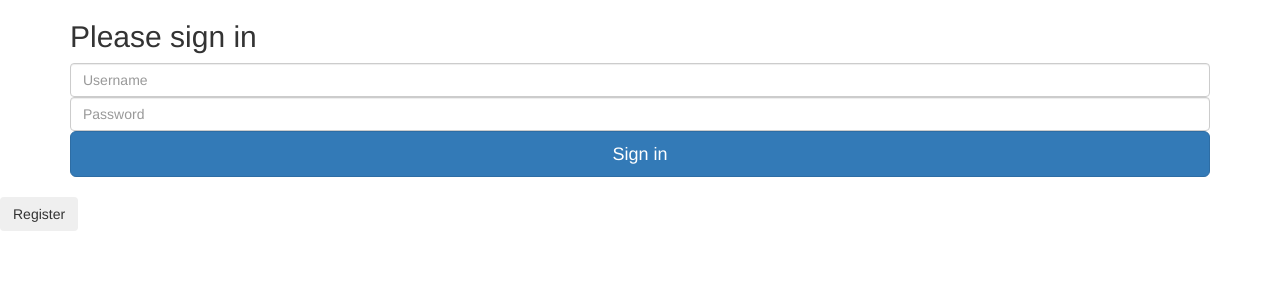
Repository: aaikinsm/FDM-Programs
Page: http://localhost/SoloProject/
An editor plug-in stored every save of this project. The page is shown before and after the next save, followed by the edit.
The browser window is 1280 px wide. The pictures show the whole page.
The page is served by Tomcat 9. Other server files are loaded and not shown.

Above is the page before, as saved 2017-05-26 17:59:31.

### SoloProject/WebContent/index.jsp
<%@ page language="java" contentType="text/html; charset=ISO-8859-1"
    pageEncoding="ISO-8859-1"%>
<!DOCTYPE html PUBLIC "-//W3C//DTD HTML 4.01 Transitional//EN" "http://www.w3.org/TR/html4/loose.dtd">
<html>
<head>
<meta http-equiv="Content-Type" content="text/html; charset=ISO-8859-1">
<title>Online Exam</title>
</head>
<body>
	<a href="home">Go to home</a>
</body>
</html>

### SoloProject/WebContent/login.jsp
<%@ page language="java" contentType="text/html; charset=ISO-8859-1"
    pageEncoding="ISO-8859-1"%>
<!DOCTYPE html PUBLIC "-//W3C//DTD HTML 4.01 Transitional//EN" "http://www.w3.org/TR/html4/loose.dtd">
<html>
<head>
<meta http-equiv="Content-Type" content="text/html; charset=ISO-8859-1">
<title>Login</title>

<!-- Latest compiled and minified CSS -->
<link rel="stylesheet" href="https://maxcdn.bootstrapcdn.com/bootstrap/3.3.7/css/bootstrap.min.css" integrity="sha384-BVYiiSIFeK1dGmJRAkycuHAHRg32OmUcww7on3RYdg4Va+PmSTsz/K68vbdEjh4u" crossorigin="anonymous">

</head>
<body>
	<!--<h1>Login</h1>
	<h2 class="error" style="color:red">${errorMsg} </h2>
	 <form action="login" method="post">
		username: <input type="text" name="username"><br/>
		password: <input type="password" name="password"><br/>
		<input type="submit" value="login">
	</form>
	<br/> -->

	<div class="container">

      <form class="form-signin" action="login" method="post">
        <h2 class="form-signin-heading">Please sign in</h2>
        <h4 class="error" style="color:red">${errorMsg} </h4>
        <label for="username" class="sr-only">Username</label>
        <input type="text" id="username" name="username" class="form-control" placeholder="Username" required>
        <label for="inputPassword" class="sr-only">Password</label>
        <input type="password" id="inputPassword" name="password" class="form-control" placeholder="Password" required>
        <button class="btn btn-lg btn-primary btn-block" type="submit">Sign in</button>
      </form>

    </div>
	<br/>
	<button class="btn">Register</button>
</body>
</html>

After the next save:
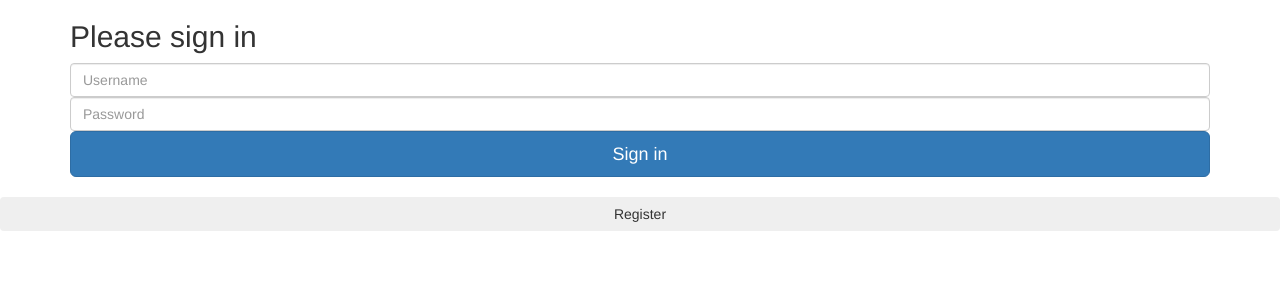
Saved 52 s later.
--- a/SoloProject/WebContent/login.jsp
+++ b/SoloProject/WebContent/login.jsp
@@ -34,6 +34,6 @@
 
     </div>
 	<br/>
-	<button class="btn">Register</button>
+	<button class="btn btn-block">Register</button>
 </body>
 </html>
